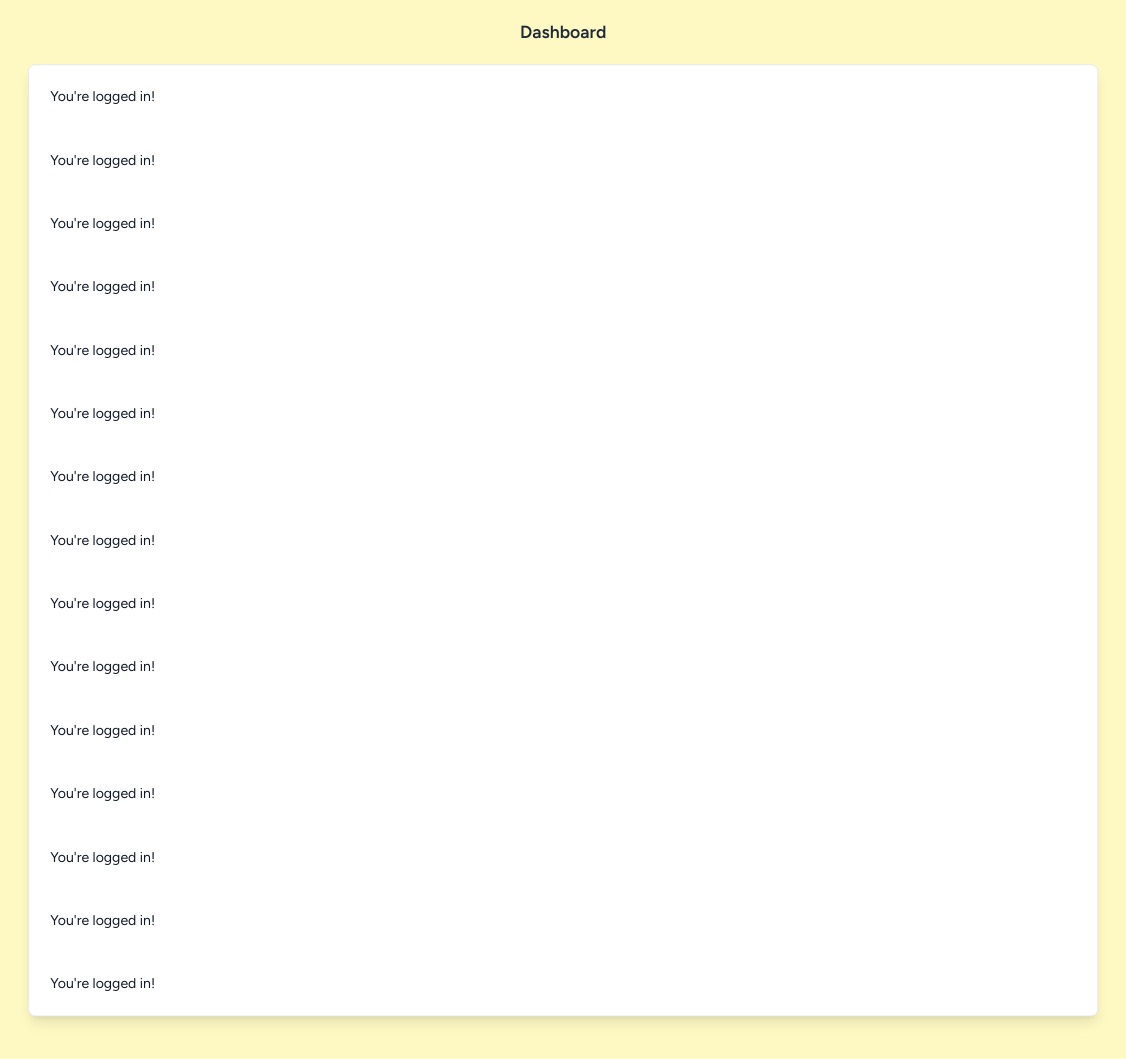
Repository: RudyAnconi/grocery
Page: resources/views/dashboard.blade.php
These files come from the project's save history. The page is drawn as it stood at one moment and after the next save; the edit follows.
The browser window is 1280 px wide. The pictures show the whole page, at 88% of full size.
The page is served by the project's Laravel application, run on PHP 8.4 with Laravel 12. Other server files are loaded and not shown. Style sheets and scripts are compiled from the project's sources, by tool versions that may differ from the author's. The template is opened directly, without the code that normally fills it, so the values that code supplies are empty.

Above is the page before, as saved 2024-06-07 20:38:30.

### resources/views/dashboard.blade.php
<x-app-layout>
    <x-slot name="header">
        <h2 class="font-semibold text-xl text-gray-800 leading-tight text-center">
            {{ __('Dashboard') }}
        </h2>
    </x-slot>

    <div class="pb-12">
        <div class="max-w-7xl mx-auto sm:px-6 lg:px-8">
            <div class="bg-white overflow-hidden shadow-lg border border-gray-200 sm:rounded-lg">
                <div class="p-6 text-gray-900">
                    {{ __("You're logged in!") }}
                </div>
                <div class="p-6 text-gray-900">
                    {{ __("You're logged in!") }}
                </div>
                <div class="p-6 text-gray-900">
                    {{ __("You're logged in!") }}
                </div>
                <div class="p-6 text-gray-900">
                    {{ __("You're logged in!") }}
                </div>
                <div class="p-6 text-gray-900">
                    {{ __("You're logged in!") }}
                </div>
                <div class="p-6 text-gray-900">
                    {{ __("You're logged in!") }}
                </div>
                <div class="p-6 text-gray-900">
                    {{ __("You're logged in!") }}
                </div>
                <div class="p-6 text-gray-900">
                    {{ __("You're logged in!") }}
                </div>
                <div class="p-6 text-gray-900">
                    {{ __("You're logged in!") }}
                </div>
                <div class="p-6 text-gray-900">
                    {{ __("You're logged in!") }}
                </div>
                <div class="p-6 text-gray-900">
                    {{ __("You're logged in!") }}
                </div>
                <div class="p-6 text-gray-900">
                    {{ __("You're logged in!") }}
                </div>
                <div class="p-6 text-gray-900">
                    {{ __("You're logged in!") }}
                </div>
                <div class="p-6 text-gray-900">
                    {{ __("You're logged in!") }}
                </div>
                <div class="p-6 text-gray-900">
                    {{ __("You're logged in!") }}
                </div>
            </div>
        </div>
    </div>
</x-app-layout>

### resources/views/layouts/app.blade.php
<!DOCTYPE html>
<html lang="{{ str_replace('_', '-', app()->getLocale()) }}">

<head>
    <meta charset="utf-8">
    <meta name="viewport" content="width=device-width, initial-scale=1">
    <meta name="csrf-token" content="{{ csrf_token() }}">

    <title>{{ config('app.name', 'Laravel') }}</title>

    <!-- Fonts -->
    <link rel="preconnect" href="https://fonts.bunny.net">
    <link href="https://fonts.bunny.net/css?family=figtree:400,500,600&display=swap" rel="stylesheet" />

    <!-- Scripts -->
    @vite(['resources/css/app.css', 'resources/js/app.js'])
</head>

<body class="font-sans antialiased">
    <livewire:layout.navigation />
    <div class="min-h-screen bg-yellow-100">

        <!-- Page Heading -->
        @if (isset($header))
            <header class="bg-transparent">
                <div class="max-w-7xl mx-auto py-6 px-4 sm:px-6 lg:px-8">
                    {{ $header }}
                </div>
            </header>
        @endif

        <!-- Page Content -->
        <main>
            {{ $slot }}
        </main>
    </div>
</body>

</html>

Loaded but not shown: routes/web.php (common file); routes/auth.php (common file); app/Http/Controllers/Auth/VerifyEmailController.php (common file); app/Http/Controllers/Controller.php (common file); app/View/Components/AppLayout.php (common file); resources/css/app.css (common file); tailwind.config.js (common file)

After the next save:
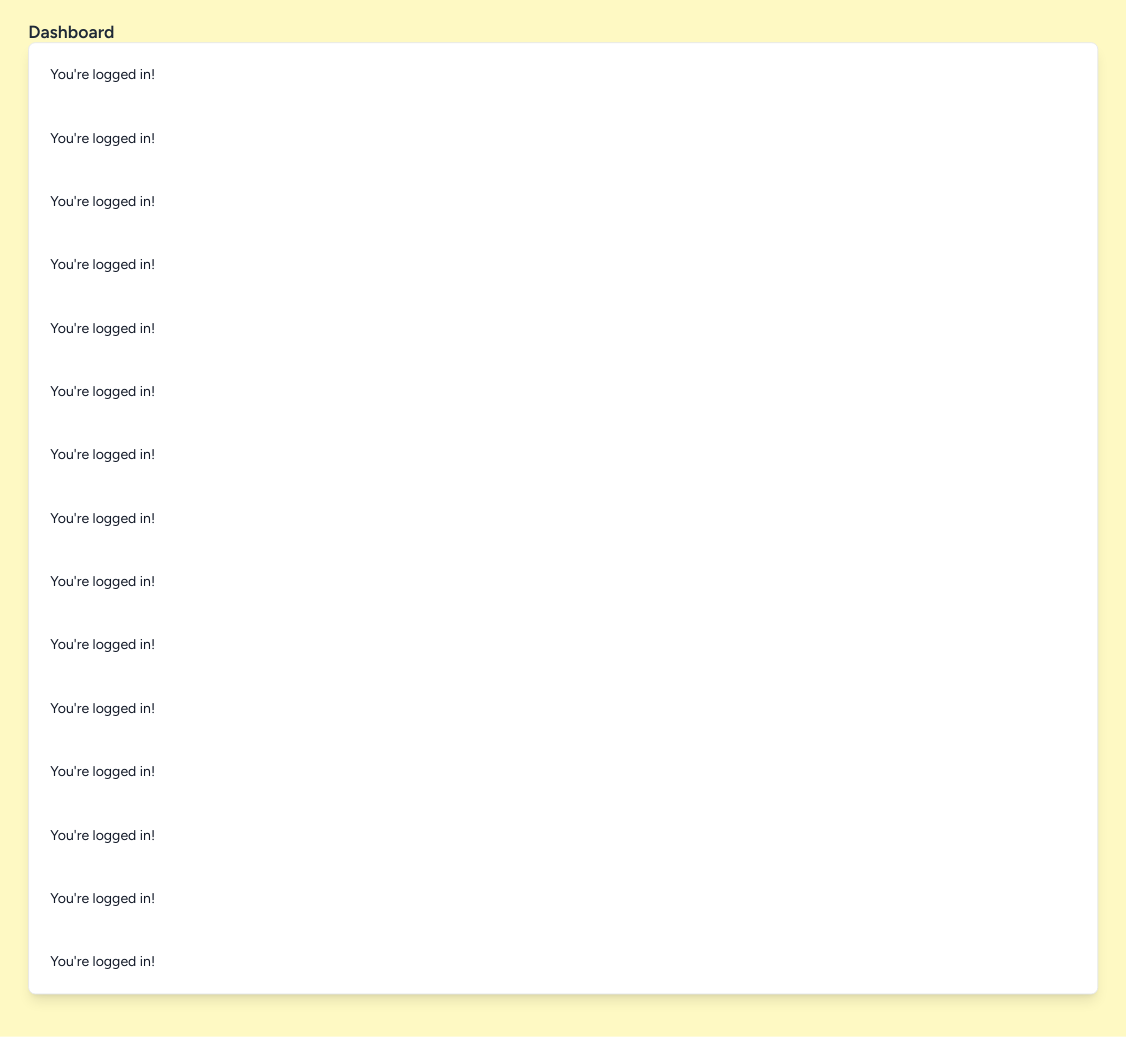
Saved 22 s later.
--- a/resources/views/dashboard.blade.php
+++ b/resources/views/dashboard.blade.php
@@ -1,6 +1,6 @@
 <x-app-layout>
     <x-slot name="header">
-        <h2 class="font-semibold text-xl text-gray-800 leading-tight text-center">
+        <h2 class="font-semibold text-xl text-gray-800 leading-tight text-center fixed">
             {{ __('Dashboard') }}
         </h2>
     </x-slot>
